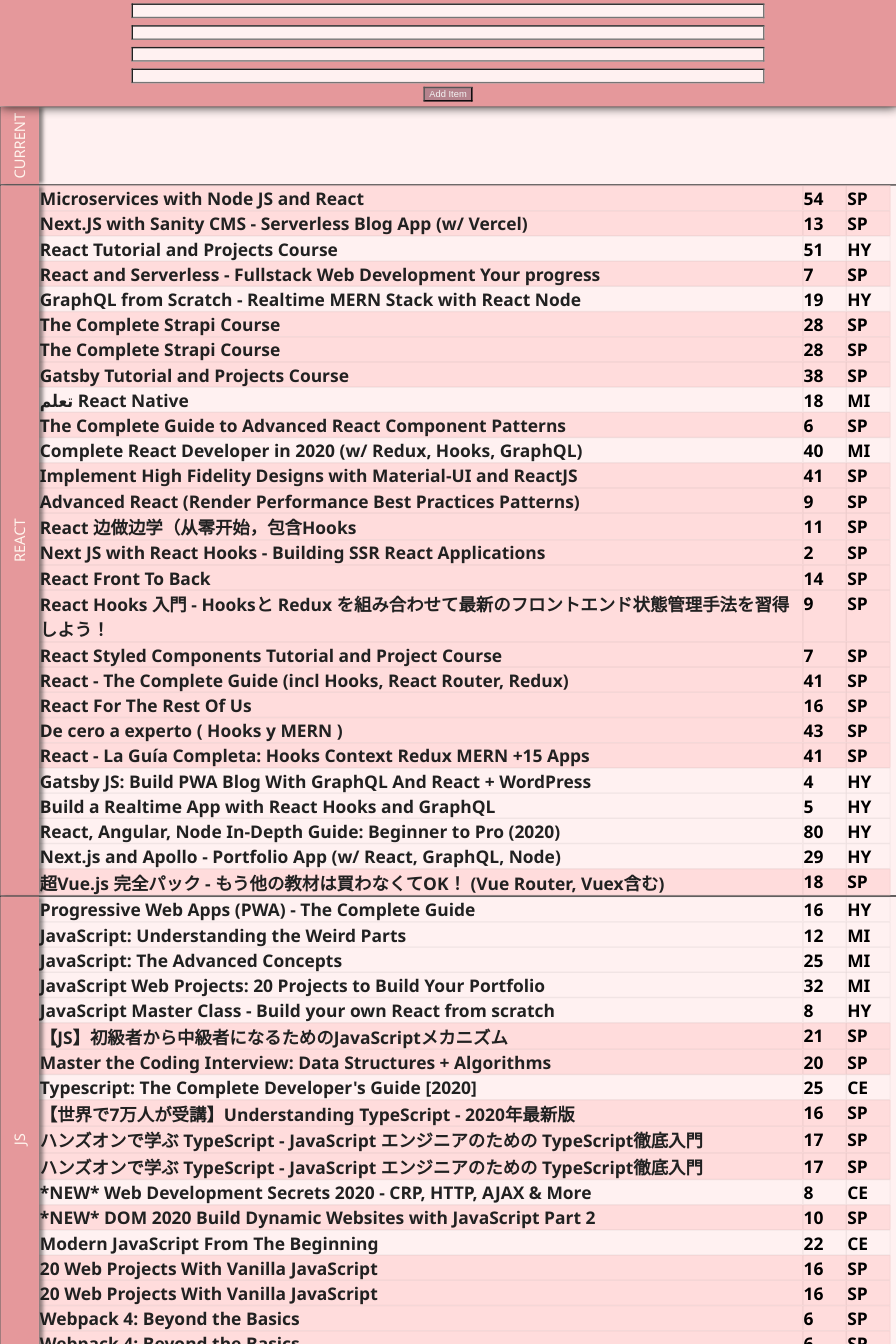
Repository: ClementLight/plan
Page: codicrs.html
These files come from the project's save history. The page is drawn as it stood at one moment and after the next save; the edit follows.
The browser window is 1280 px wide. The pictures show the part of the page from y = 0 to 1920 px (the page is 3282 px tall before and 720 px after), at 70% of full size.

Above is the page before, as saved 2020-09-01 16:50:45.

### codicrs.html
<!DOCTYPE html>
<html lang="en">
  <head>
    <meta charset="UTF-8" />
    <meta name="viewport" content="width=device-width, initial-scale=1.0" />
    <title>Plan List</title>
    <link rel="stylesheet" href="style.css" />
  </head>
  <body>
    <section id="add-item" class="add-item">
      <input type="text" class="add-item__input--url" />
      <input type="text" class="add-item__input--name" />
      <input type="text" class="add-item__input--hours" />
      <input type="text" class="add-item__input--account" />
      <button class="add-item__button">Add Item</button>
    </section>
    <section class="top-container">
      <section class="maincontainers">
        <div class="lessontype">CURRENT</div>
        <div id="lessonsCurrent" class="lessons"></div>
      </section>
      <section class="maincontainers">
        <div id="react-section" class="lessontype">REACT</div>
        <div id="lessonsReact" class="lessons"></div>
      </section>
      <section class="maincontainers">
        <div class="lessontype">JS</div>
        <div id="lessonsJavascript" class="lessons"></div>
      </section>
      <section class="maincontainers">
        <div class="lessontype">NODE</div>
        <div id="lessonsNode" class="lessons"></div>
      </section>
      <section class="maincontainers">
        <div class="lessontype">CSS</div>
        <div id="lessonsCss" class="lessons"></div>
      </section>
      <section class="maincontainers">
        <div class="lessontype">WEBDEV</div>
        <div id="lessonsWebdev" class="lessons"></div>
      </section>
    </section>

    <!-- //TODO scripts -->
    <script src="jsondata.js"></script>
    <script>
      //   document.body.innerHTML += `
      //  <section class="top-container">
      //   <section idclass="maincontainers">
      //     <div class="lessontype">${item.subject}</div>
      //     <div id="lessons" class="lessons">

      //     </div>
      //   </section>
      // </section>

      database.map((item) => {
        document.getElementById(`lessons${item.subject}`).innerHTML += `
            <div class="lesson lesson-background-filter">
              <a class="lessonname" href=${item.url}>${item.title}</a>
              <span class="hours">${item.hours}</span>
              <span class="account">${item.account}</span>
            </div>
        `
      })

      // const hoursList = [...document.querySelectorAll(".hours")]
      let allClasses = Array.from(document.querySelectorAll(".hours"))
      allClassesValues = allClasses.map((node) => parseInt(node.textContent))
      let total = allClassesValues.reduce((a, b) => a + b, 0)

      const addItem = () => {
        itemUrl = document.querySelector(".add-item__input--url").value
        itemName = document.querySelector(".add-item__input--name").value
        itemHours = document.querySelector(".add-item__input--hours").value
        itemAccount = document.querySelector(".add-item__input--account").value

        newItemHtml = `
        <div class="lesson lesson-background-filter">
        <a class="lessonname" href="${itemUrl}">${itemName} </a>
        <span class="hours">${itemHours}</span>
        <span class="account">${itemAccount}</span>
        </div>
        `
        document.getElementById("react-section__lessons").insertAdjacentHTML("afterbegin", newItemHtml)

        console.log(newItemHtml)
      }

      document.querySelector(".add-item__button").addEventListener("click", addItem)
      console.log(navigator.userAgent)

      //TODO check browser

      let browserAndVersion = (navigator.sayswho = (function () {
        var ua = navigator.userAgent,
          tem,
          M = ua.match(/(opera|chrome|safari|firefox|msie|trident(?=\/))\/?\s*(\d+)/i) || []
        if (/trident/i.test(M[1])) {
          tem = /\brv[ :]+(\d+)/g.exec(ua) || []
          return "IE " + (tem[1] || "")
        }
        if (M[1] === "Chrome") {
          tem = ua.match(/\b(OPR|Edge?)\/(\d+)/)
          if (tem != null) return tem.slice(1).join(" ").replace("OPR", "Opera").replace("Edg ", "Edge ")
        }
        M = M[2] ? [M[1], M[2]] : [navigator.appName, navigator.appVersion, "-?"]
        if ((tem = ua.match(/version\/(\d+)/i)) != null) M.splice(1, 1, tem[1])
        return M.join(" ")
      })())

      //TODO xpath way of selecting stuff. I like it.
      function getElementsByXPath(xpath, parent) {
        let results = []
        let query = document.evaluate(xpath, parent || document, null, XPathResult.ORDERED_NODE_SNAPSHOT_TYPE, null)
        for (let i = 0, length = query.snapshotLength; i < length; ++i) {
          results.push(query.snapshotItem(i))
        }
        return results
      }

      if (browserAndVersion.includes("Chrome")) {
        let itemsXPathed = getElementsByXPath("//span[text()='SP']")
        itemsXPathed.forEach((node) => {
          node.parentElement.classList.remove("lesson-background-filter")
          node.parentElement.classList.add("browserColor")
        })
      } else if (browserAndVersion.includes("Firefox")) {
        let itemsXPathed = getElementsByXPath("//span[text()='HY']")
        itemsXPathed.forEach((node) => {
          node.parentElement.classList.remove("lesson-background-filter")
          node.parentElement.classList.add("browserColor")
        })
      } else if (browserAndVersion.includes("Edge")) {
        //here for a chage I got the parent element directly with xpath
        let itemsXPathed = getElementsByXPath("//div[./span[text()='MI']]")
        itemsXPathed.forEach((node) => {
          node.classList.remove("lesson-background-filter")
          node.classList.add("browserColor")
        })
      } else if (browserAndVersion.includes("Opera")) {
        //here for a chage I got the parent element directly with xpath
        let itemsXPathed = getElementsByXPath("//div[./span[text()='CE']]")
        itemsXPathed.forEach((node) => {
          node.classList.remove("lesson-background-filter")
          node.classList.add("browserColor")
        })
      }
    </script>
  </body>
</html>

### style.css
:root {
  /* --browser-color: var(--tertiary-color);
        --lessons-color: var(--secondary-color);
        --hover-color: var(--septenary-color);
        --main-containers-color: var(--secondary-color);
         */
  --primary-color: #e5989b;
  --secondary-color: #ffb4a2;
  --tertiary-color: #ffcdb2;
  --quaternary-color: #b5838d;
  --quinary-color: #6d6875;

  --senary-color: #ffdcdc;
  --septenary-color: #fdffb6;
  --octonary-color: #caffbf;
  --nonary-color: red;
  --denary-color: #fff1f1;

  --main-interface-color: var(--primary-color);
  --main-containers-color: var(--denary-color);
  --browser-color: var(--senary-color);

  --lessons-color: var(--octonary-color);
  --hover-color: var(--tertiary-color);
  --input-color: var(--main-containers-color);

  /* theme 2 */
  /* --primary-color: #ffadad;
        --secondary-color: #ffc6ff;
        --tertiary-color: #bdb2ff;
        --quaternary-color: #a0c4ff;
        --quinary-color: #9bf6ff;
        --senary-color: #ffd6a5;
        --septenary-color: #fdffb6;
        --octonary-color: #caffbf;
        --nonary-color: red;
        --denary-color: #fffffc;

        --main-interface-color: var(--primary-color);
        --main-containers-color: var(--denary-color);
        --browser-color: var(--quaternary-color);
        --lessons-color: var(--octonary-color);
        --hover-color: var(--secondary-color); */
}
.browserColor {
  background-color: var(--browser-color);
  /* box-shadow: 0px 0px 3px #212121; */
}
.browsercolor:hover {
  color: white;
}
html {
  font-family: "Segoe UI", Tahoma, Geneva, Verdana, sans-serif;
  font-size: 62.2%;
  overflow-x: hidden;
  max-width: 100%;
}
body {
  position: relative;
  padding: 0;
  margin: 0;
  box-sizing: border-box;
  display: flex;
  justify-content: center;
  align-items: center;
  display: flex;
  flex-direction: column;
  width: 100%;
  overflow-x: hidden;
  max-width: 100%;
}
.add-item {
  display: flex;
  flex-direction: column;
  align-items: center;
  justify-content: center;
  background-color: var(--primary-color);
  /* border: 2px solid #212121; */
  box-shadow: 1px 1px 15px rgb(24, 23, 21, 1);
  width: 100vw;
  border-bottom: none;
  z-index: 5;
  /* transform: translateY(-10rem); */
}
.add-item__input--url {
  background-color: var(--input-color);
  width: 70%;
  margin: 5px;
}
.add-item__input--name {
  background-color: var(--input-color);
  width: 70%;
  margin: 5px;
}
.add-item__input--hours {
  background-color: var(--input-color);
  width: 70%;
  margin: 5px;
}
.add-item__input--account {
  background-color: var(--input-color);
  width: 70%;
  margin: 5px;
}

.add-item__button {
  background: var(--quaternary-color);
  transition: all 1s;
  color: whitesmoke;
  margin-bottom: 0.7rem;
}
.add-item__button:hover {
  background-color: var(--quinary-color);
  color: black;
}

.top-container {
  margin: 0;
  display: flex;
  flex-direction: column;
  width: 100vw;
  z-index: 2;
  font-size: 2.5rem;
  overflow-x: hidden;
  border-top: none;
}
.maincontainers {
  display: flex;
  width: 100vw;
  background: var(--main-containers-color);
  border: 1px solid #212121;
}

.lessontype {
  flex-basis: 3%;
  font-size: 2.1rem;
  border: rgba(255, 255, 255, 0.05) 1px solid;
  background-color: var(--main-interface-color);
  /* background: none; */
  color: seashell;
  transform: rotate(-180deg);
  /* transform-origin: 0 0; */
  display: flex;
  /* position: relative; */
  /* height: 100%; */
  writing-mode: vertical-rl;
  padding: 1vh;
  align-items: center;
  justify-content: center;
  box-shadow: -5px 0px 5px rgb(24, 23, 21, 0.5);
  z-index: 5;
}

.lessons {
  flex-basis: 95%;
  display: flex;
  flex-direction: column;
  position: relative;
}
.lesson {
  display: flex;
  /* color: rgb(2, 2, 1); */
  font-weight: 600;
}

.lesson-background-filter {
  /* background-image: linear-gradient(to right, #fca0a000, #fca0a010); */
  /* filter: blur(1px); */
  /* background-color: rgb(255, 205, 186); */
}

.lessonname {
  flex-basis: 90%;
  border: #21212110 0.5px solid;
}
.lesson:hover {
  /* background-color: var(--hover-color); */
  box-shadow: 0 0 5px coral;
  transform: scale(1.009) translateX(5px);
  transition: 0.2s;
  text-shadow: 0 0 5px rgb(240, 200, 186);
  color: rgb(0, 0, 0);
  background-color: var(--hover-color);
  /* transition: 0.02s; */
}
.lesson:active {
  background-color: var(--septenary-color);
  transition: 0.1s;
}
.account {
  flex-basis: 5%;
  border: #21212110 0.5px solid;
}
.hours {
  flex-basis: 5%;
  border: #21212110 0.5px solid;
}
a:link {
  color: #212121;
  text-decoration: none;
}

a:visited {
  color: currentColor;
  text-decoration: none;
}

a:hover {
  text-decoration: none;
}

a:active {
  text-decoration: none;
}

Loaded but not shown: jsondata.js (740 lines, source omitted)

After the next save:
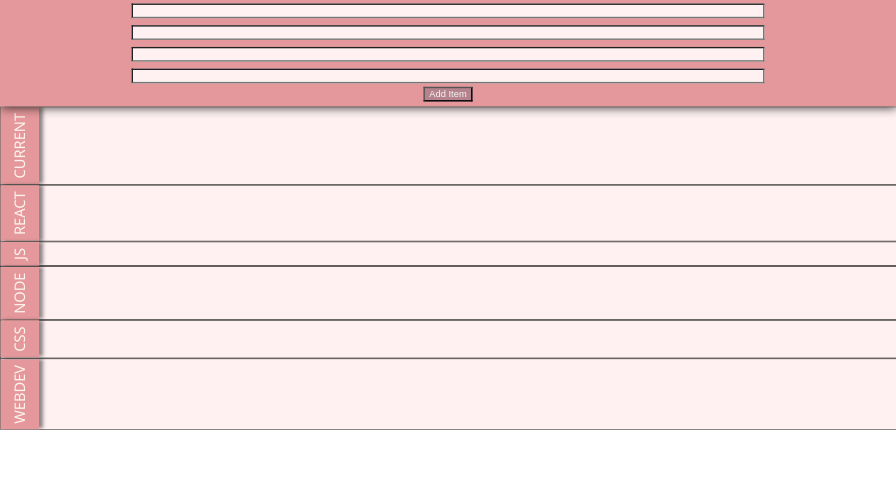
Console error: SyntaxError: missing ) after argument list
Saved 104 s later.
--- a/codicrs.html
+++ b/codicrs.html
@@ -53,6 +53,9 @@
       //     </div>
       //   </section>
       // </section>
+      database.map((item) => {
+
+      }
 
       database.map((item) => {
         document.getElementById(`lessons${item.subject}`).innerHTML += `
